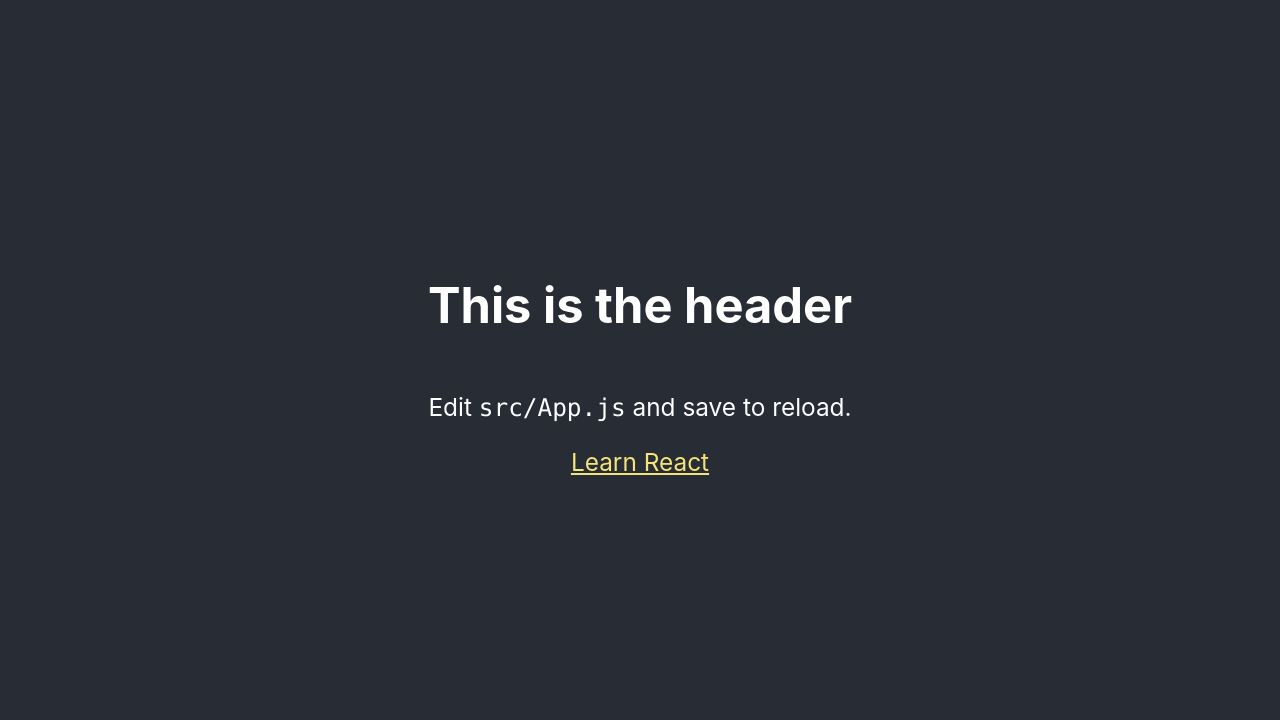
Repository: EyanIngles/AR
Page: /
These files come from the project's save history. The page is drawn as it stood at one moment and after the next save; the edit follows.
The browser window is 1280 px wide. The pictures show the whole page.
The project was rebuilt for these pictures with package versions that can differ from the ones it lists, and the page was loaded fresh each time.

Above is the page before, as saved 2024-05-28 17:45:40.

After the next save:
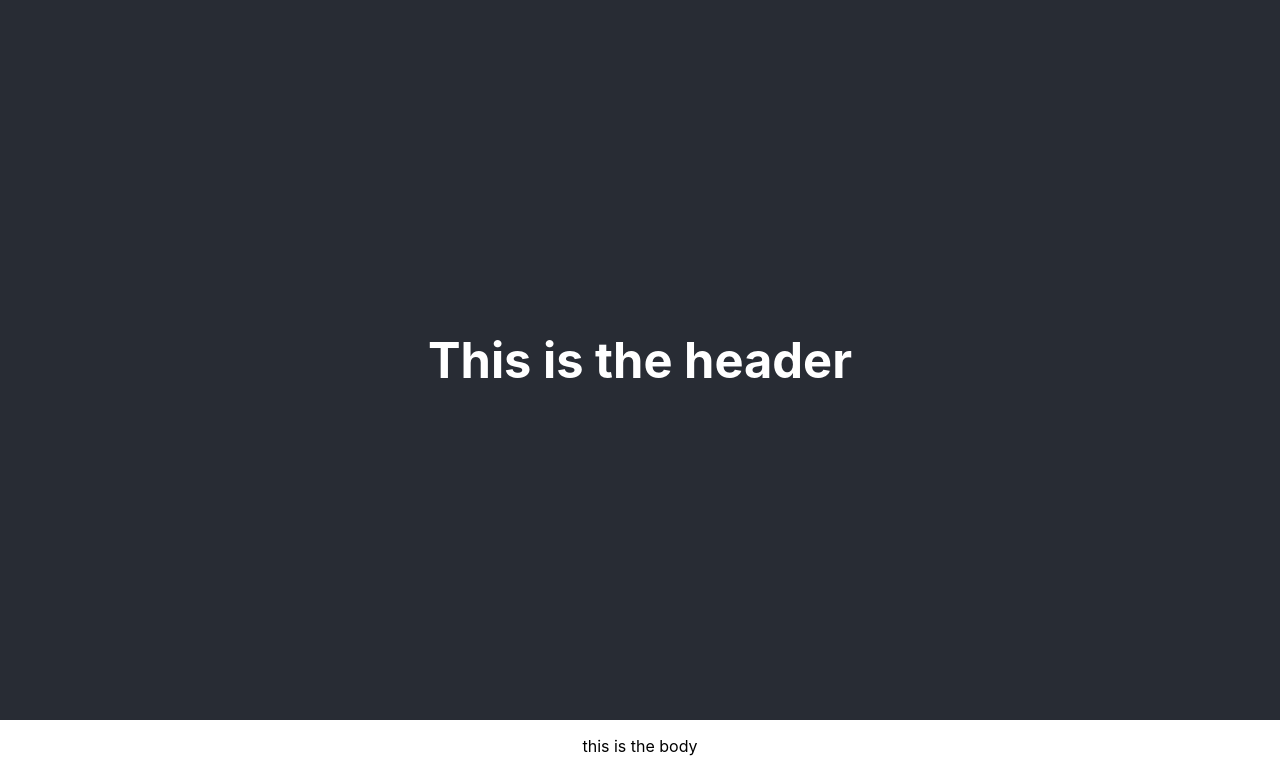
Saved 29 s later.
--- a/src/App.js
+++ b/src/App.js
@@ -6,18 +6,10 @@ function App() {
     <div className="App">
       <header className="App-header">
         <h1>This is the header</h1>
-        <p>
-          Edit <code>src/App.js</code> and save to reload.
-        </p>
-        <a
-          className="App-link"
-          href="https://reactjs.org"
-          target="_blank"
-          rel="noopener noreferrer"
-        >
-          Learn React
-        </a>
       </header>
+      <div>
+        <p>this is the body</p>
+      </div>
     </div>
   );
 }
